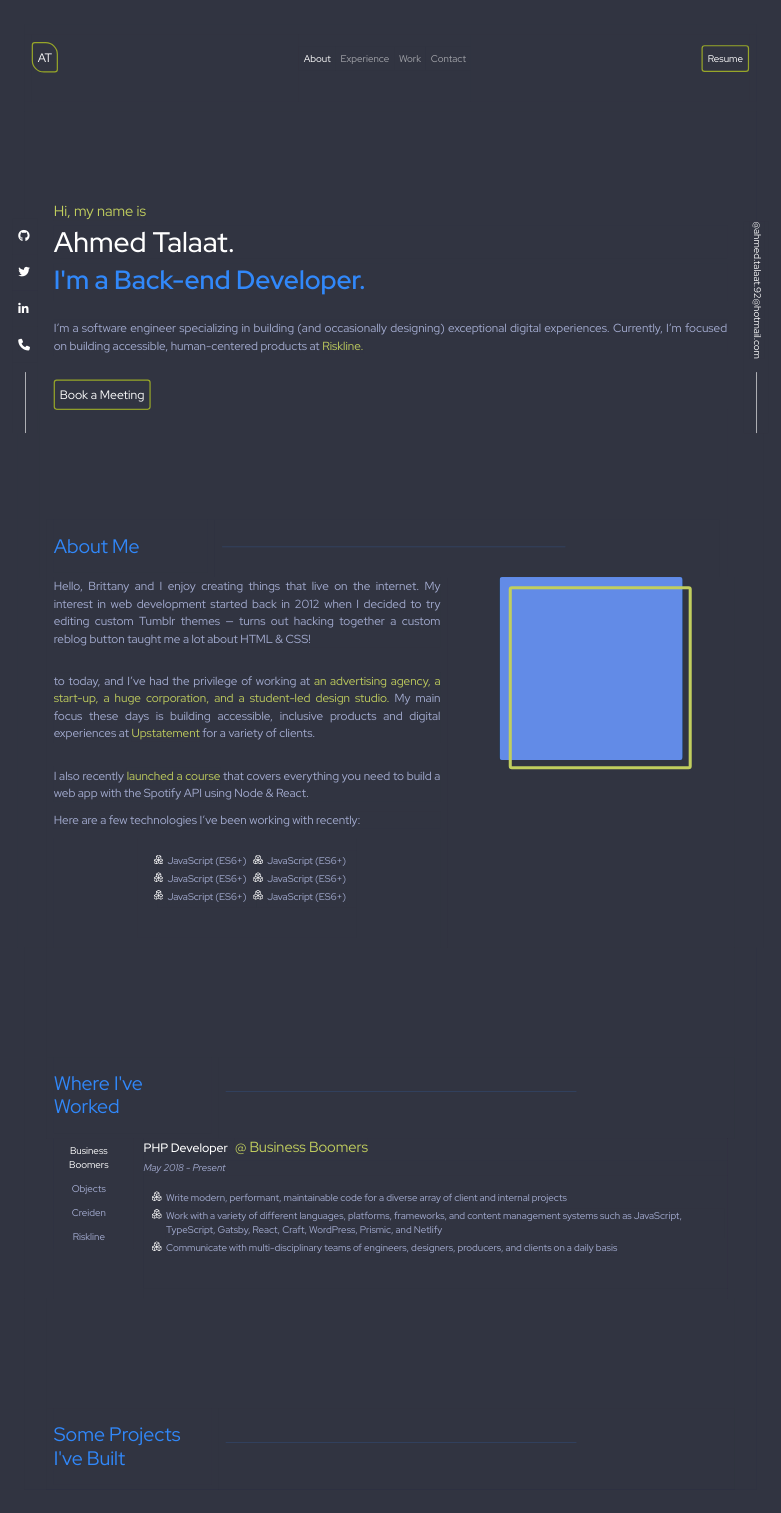
Repository: aya7abbal/Talaat-s-Portfolio
Page: index.html
An editor plug-in stored every save of this project. The page is shown before and after the next save, followed by the edit.
The browser window is 1280 px wide. The pictures show the whole page, at 61% of full size.
Pictures or frames that could not be fetched are drawn as grey boxes. Some web libraries are served in a nearby version. The style sheet was rebuilt from its Sass, Less or Tailwind sources for each picture, by a compiler version that may differ from the author's.

Above is the page before, as saved 2022-02-07 14:30:41.

After the next save:
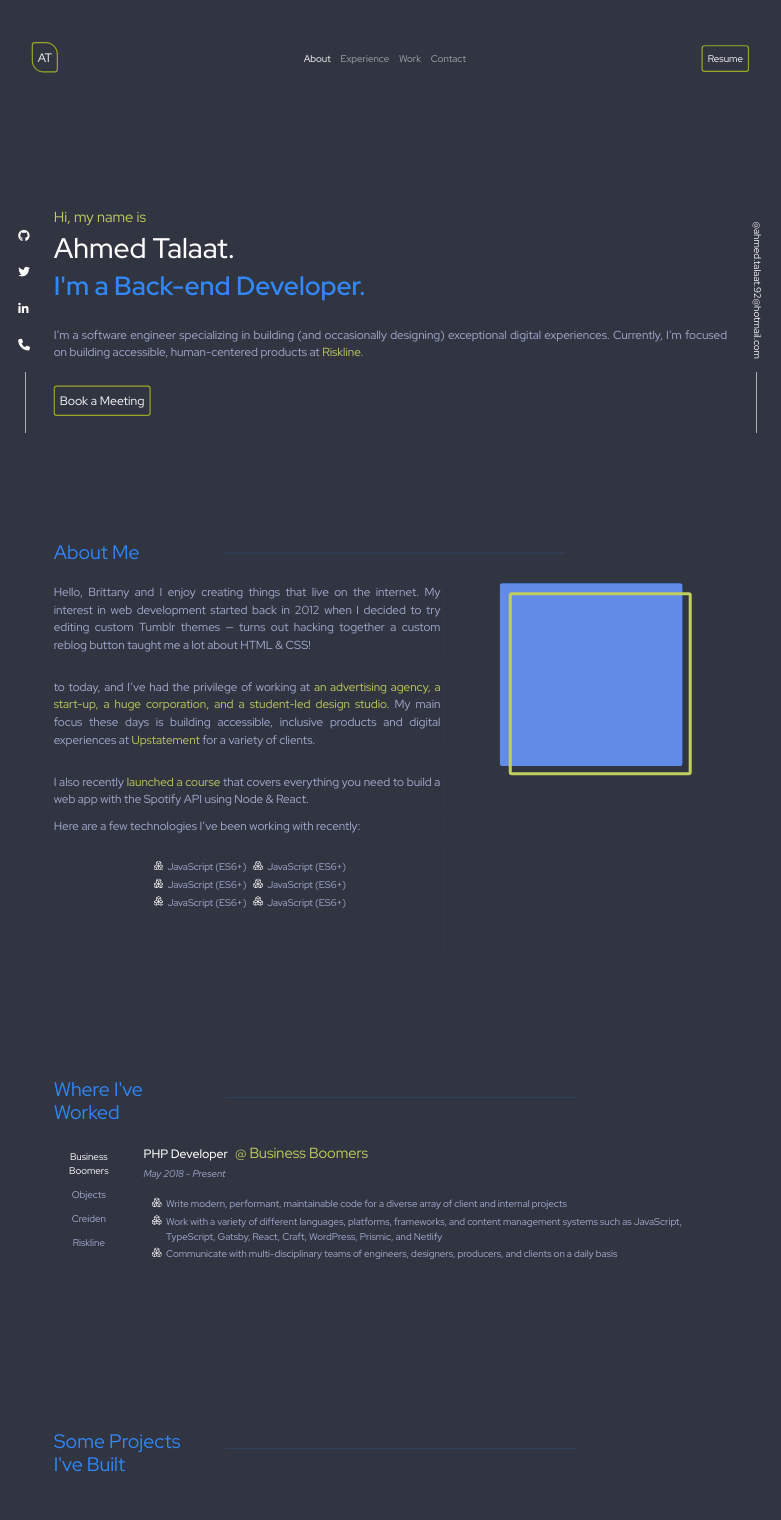
Saved 4 s later.
--- a/styles/components/_pages.scss
+++ b/styles/components/_pages.scss
@@ -1,7 +1,7 @@
 
 // INTRODUCTION
 .intro{
-    padding-top: 150px;
+    padding-top: 160px;
 }
 
 // ABOUT
